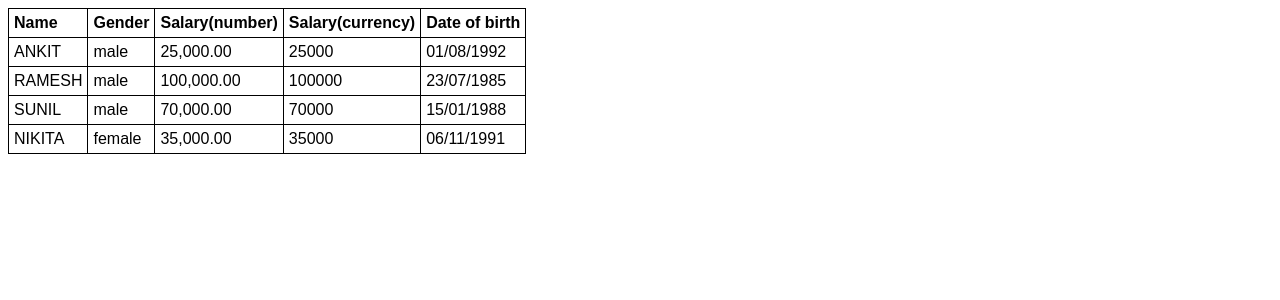
Repository: ammoreloaded/WebProjectFirst
Page: homework/WebProjectFirst/web/filterDemo.html
These files come from the project's save history. The page is drawn as it stood at one moment and after the next save; the edit follows.
The browser window is 1280 px wide. The pictures show the whole page.

Above is the page before, as saved 2016-05-19 15:09:54.

After the next save:
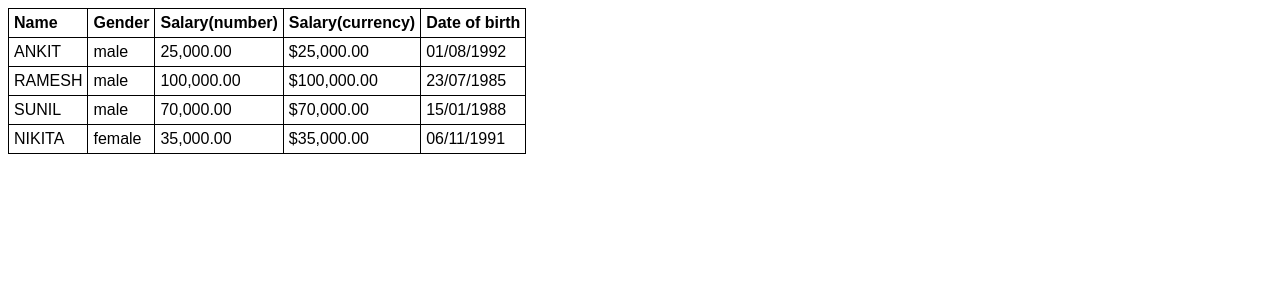
Saved 15 s later.
--- a/homework/WebProjectFirst/web/filterDemo.html
+++ b/homework/WebProjectFirst/web/filterDemo.html
@@ -22,7 +22,7 @@
 					<td>{{ employee.name | uppercase}}</td>
 					<td>{{ employee.gender | lowercase }}</td>
 					<td>{{ employee.salary | number : 2 }}</td>
-					<td>{{ employee.salary }}</td>
+					<td>{{ employee.salary | currency }}</td>
 					<td>{{ employee.dateOfBirth | date : "dd/MM/yyyy" }}</td>
 				</tr>
 			</tbody>
